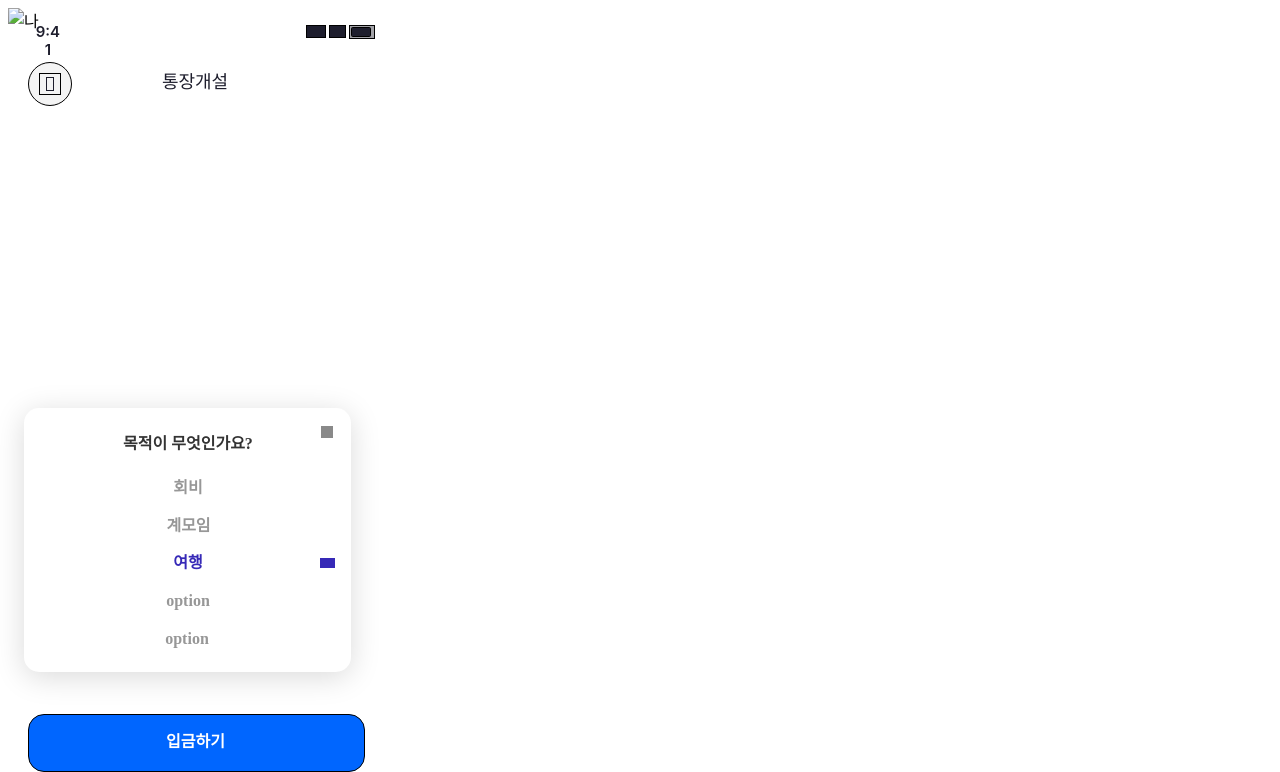
Repository: gpdbs9409/-Group_Account
Page: http://localhost/Group-Account/views/AddAccountType.jsp
These files come from the project's save history. The page is drawn as it stood at one moment and after the next save; the edit follows.
The browser window is 1280 px wide. The pictures show the whole page.
The page is served by Tomcat 9. Other server files are loaded and not shown.

Above is the page before, as saved 2024-12-11 06:32:03.
Not found: Group-Account/Group-Account/views/src/resources/images/image97.png

### Group-Account/src/main/webapp/views/AddAccountType.jsp
<%@ page language="java" contentType="text/html; charset=UTF-8"
    pageEncoding="UTF-8"%>
<!DOCTYPE html>
<html>
<head>
<meta charset="UTF-8">
<title>Insert title here</title>
</head>
<body>


<div style="width: 100%; height: 100%; position: relative; background: white">
<image src="./src/resources/images/image97.png" alt="나" style="width: auto; height: auto;">

    <div style="left: 24.89px; top: 14.50px; position: absolute">
        <div style="width: 30px; height: 17px; left: 0px; top: 0px; position: absolute; text-align: center; color: #1E1E2D; font-size: 15px; font-family: SF Pro Display; font-weight: 600; line-height: 18px; word-wrap: break-word">9:41</div>
        <div style="width: 67px; height: 11.50px; left: 273.61px; top: 2.50px; position: absolute">
            <div style="width: 24.50px; height: 11.50px; left: 42.50px; top: 0px; position: absolute">
                <div style="width: 24.50px; height: 11.50px; left: 0px; top: 0px; position: absolute; background: #A2A2A7; border: 1px solid"></div>
                <div style="width: 18px; height: 7.67px; left: 2px; top: 1.92px; position: absolute; background: #1E1E2D; border-radius: 1.60px; border: 1px solid"></div>
            </div>
            <div style="width: 17.10px; height: 10.70px; left: 0px; top: 0.44px; position: absolute; background: #1E1E2D; border: 1px solid"></div>
            <div style="width: 15.40px; height: 11.06px; left: 22.10px; top: 0.24px; position: absolute; background: #1E1E2D; border: 1px solid"></div>
        </div>
    </div>
    <div style="width: 237px; left: 20px; top: 54px; position: absolute">
        <div style="width: 42px; height: 42px; left: 0px; top: 0px; position: absolute">
            <div style="width: 42px; height: 42px; left: 0px; top: 0px; position: absolute; background: #F4F4F4; border-radius: 9999px; border: 1px solid"></div>
            <div style="width: 20px; height: 20px; left: 11px; top: 11px; position: absolute">
                <div style="width: 6px; height: 12px; left: 7px; top: 4px; position: absolute; border: 1.50px #1E1E2D solid"></div>
                <div style="width: 20px; height: 20px; left: 0px; top: 0px; position: absolute; border: 1px solid"></div>
            </div>
        </div>
        <div style="width: 140px; height: 20px; left: 97px; top: 11px; position: absolute; text-align: center; color: #1E1E2D; font-size: 18px; font-family: Poppins; font-weight: 500; line-height: 18px; word-wrap: break-word">통장개설</div>
    </div>
    <div style="width: 335px; height: 56px; left: 20px; top: 706px; position: absolute">
        <div style="width: 335px; height: 56px; left: 0px; top: 0px; position: absolute; background: #0066FF; border-radius: 16px; border: 1px solid"></div>
        <div style="width: 100px; height: 24px; left: 117.50px; top: 16px; position: absolute; text-align: center; color: white; font-size: 16px; font-family: Poppins; font-weight: 600; line-height: 24px; word-wrap: break-word">입금하기</div>
    </div>
    <div style="width: 327px; height: 264px; left: 16px; top: 400px; position: absolute">
        <div style="width: 327px; height: 264px; left: 0px; top: 0px; position: absolute; background: white; box-shadow: 0px 5px 30px rgba(0, 0, 0, 0.15); border-radius: 15px"></div>
        <div style="width: 30px; height: 22.63px; left: 149px; top: 67.89px; position: absolute; text-align: center; color: #979797; font-size: 16px; font-family: Poppins; font-weight: 700; line-height: 24px; word-wrap: break-word">회비</div>
        <div style="width: 45px; height: 22.63px; left: 142px; top: 105.60px; position: absolute; text-align: center; color: #979797; font-size: 16px; font-family: Poppins; font-weight: 700; line-height: 24px; word-wrap: break-word">계모임</div>
        <div style="width: 30px; height: 22.63px; left: 149px; top: 143.31px; position: absolute; text-align: center; color: #3629B7; font-size: 16px; font-family: Poppins; font-weight: 700; line-height: 24px; word-wrap: break-word">여행</div>
        <div style="width: 16px; height: 15.09px; padding-top: 2.12px; padding-bottom: 2.51px; padding-left: 0.25px; padding-right: 0.25px; left: 295px; top: 145.20px; position: absolute; justify-content: center; align-items: center; display: inline-flex">
            <div style="width: 15.49px; height: 10.45px; background: #3629B7"></div>
        </div>
        <div style="width: 54px; height: 22.63px; left: 137px; top: 181.03px; position: absolute; text-align: center; color: #979797; font-size: 16px; font-family: Poppins; font-weight: 700; line-height: 24px; word-wrap: break-word">option</div>
        <div style="width: 54px; height: 22.63px; left: 136px; top: 218.74px; position: absolute; text-align: center; color: #979797; font-size: 16px; font-family: Poppins; font-weight: 700; line-height: 24px; word-wrap: break-word">option</div>
        <div style="width: 130px; height: 22.63px; left: 99px; top: 23.57px; position: absolute; text-align: center; color: #343434; font-size: 16px; font-family: Poppins; font-weight: 700; line-height: 24px; word-wrap: break-word">목적이 무엇인가요?</div>
        <div style="width: 16px; height: 16.34px; left: 295px; top: 15.09px; position: absolute">
            <div style="width: 12px; height: 12.26px; left: 2px; top: 2.51px; position: absolute; background: #898989"></div>
        </div>
    </div>
</div>
</body>
</html>

After the next save:
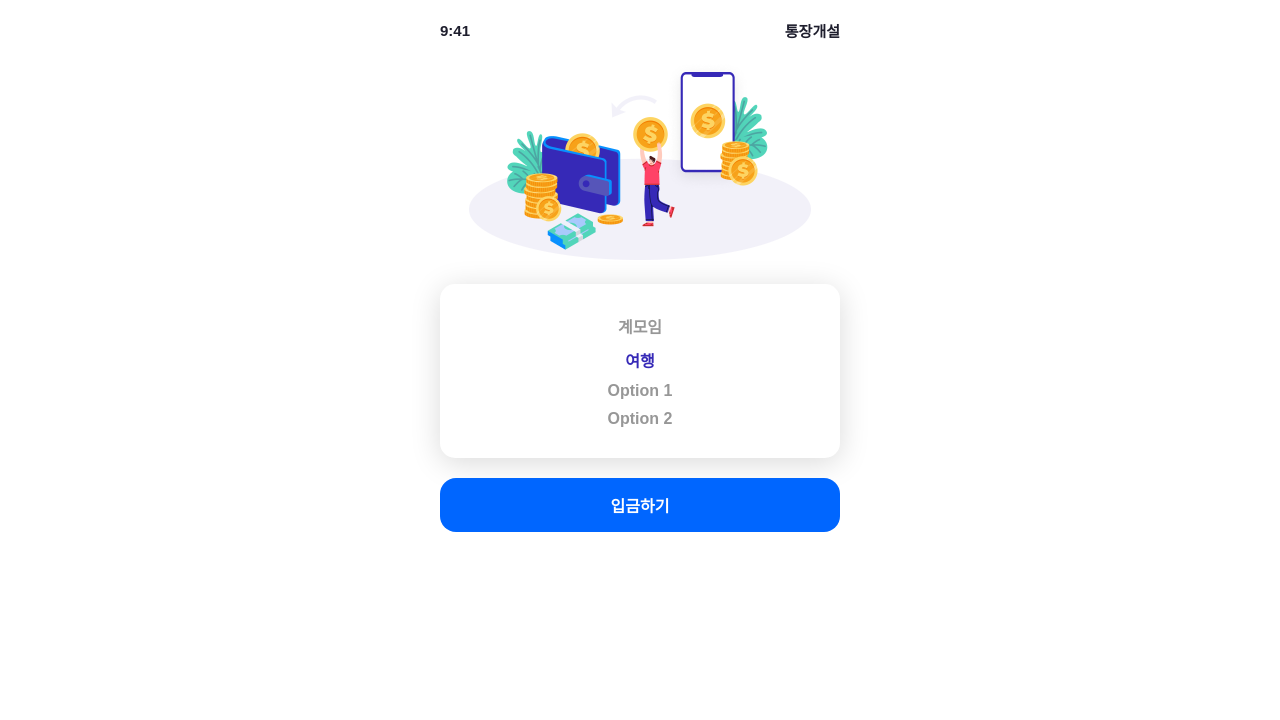
Saved 100 s later.
--- a/Group-Account/src/main/webapp/views/AddAccountType.jsp
+++ b/Group-Account/src/main/webapp/views/AddAccountType.jsp
@@ -5,53 +5,110 @@
 <head>
 <meta charset="UTF-8">
 <title>Insert title here</title>
+<style>
+  body {
+    margin: 0;
+    padding: 0;
+    font-family: Poppins, Arial, sans-serif;
+    background: white;
+  }
+
+  #container {
+    width: 100%;
+    max-width: 400px; /* 모바일 화면에 적합한 최대 폭 */
+    margin: 0 auto;
+    text-align: center;
+    padding: 20px 10px;
+  }
+
+  #header {
+    display: flex;
+    justify-content: space-between;
+    align-items: center;
+    margin-bottom: 20px;
+  }
+
+  #header div {
+    font-size: 15px;
+    color: #1E1E2D;
+    font-weight: 600;
+  }
+
+  #title {
+    font-size: 18px;
+    color: #1E1E2D;
+    margin-bottom: 20px;
+    font-weight: 500;
+  }
+
+  #image-container {
+    margin-bottom: 20px;
+  }
+
+  #image-container img {
+    width: 100%;
+    max-width: 342px;
+    height: auto;
+  }
+
+  #button-container {
+    background: white;
+    box-shadow: 0px 5px 30px rgba(0, 0, 0, 0.15);
+    border-radius: 15px;
+    padding: 20px;
+    margin-bottom: 20px;
+  }
+
+  .menu-button {
+    display: block;
+    margin: 10px 0;
+    font-size: 16px;
+    font-weight: 700;
+    color: #979797;
+    text-decoration: none;
+    cursor: pointer;
+  }
+
+  .menu-button.active {
+    color: #3629B7;
+  }
+
+  #submit-button {
+    width: 100%;
+    background: #0066FF;
+    color: white;
+    font-size: 16px;
+    font-weight: 600;
+    padding: 15px;
+    border-radius: 16px;
+    border: none;
+    cursor: pointer;
+  }
+</style>
 </head>
 <body>
+<div id="container">
+  <!-- Header -->
+  <div id="header">
+    <div>9:41</div>
+    <div>통장개설</div>
+  </div>
 
+  <!-- Image Section -->
+  <div id="image-container">
+    <img src="./images/image 97.png" alt="나">
+  </div>
 
-<div style="width: 100%; height: 100%; position: relative; background: white">
-<image src="./src/resources/images/image97.png" alt="나" style="width: auto; height: auto;">
+  <!-- Button Section -->
+  <div id="button-container">
+    <a href="group.jsp" class="menu-button">계모임</a>
+    <a href="travel.jsp" class="menu-button active">여행</a>
+    <a href="option1.jsp" class="menu-button">Option 1</a>
+    <a href="option2.jsp" class="menu-button">Option 2</a>
+  </div>
 
-    <div style="left: 24.89px; top: 14.50px; position: absolute">
-        <div style="width: 30px; height: 17px; left: 0px; top: 0px; position: absolute; text-align: center; color: #1E1E2D; font-size: 15px; font-family: SF Pro Display; font-weight: 600; line-height: 18px; word-wrap: break-word">9:41</div>
-        <div style="width: 67px; height: 11.50px; left: 273.61px; top: 2.50px; position: absolute">
-            <div style="width: 24.50px; height: 11.50px; left: 42.50px; top: 0px; position: absolute">
-                <div style="width: 24.50px; height: 11.50px; left: 0px; top: 0px; position: absolute; background: #A2A2A7; border: 1px solid"></div>
-                <div style="width: 18px; height: 7.67px; left: 2px; top: 1.92px; position: absolute; background: #1E1E2D; border-radius: 1.60px; border: 1px solid"></div>
-            </div>
-            <div style="width: 17.10px; height: 10.70px; left: 0px; top: 0.44px; position: absolute; background: #1E1E2D; border: 1px solid"></div>
-            <div style="width: 15.40px; height: 11.06px; left: 22.10px; top: 0.24px; position: absolute; background: #1E1E2D; border: 1px solid"></div>
-        </div>
-    </div>
-    <div style="width: 237px; left: 20px; top: 54px; position: absolute">
-        <div style="width: 42px; height: 42px; left: 0px; top: 0px; position: absolute">
-            <div style="width: 42px; height: 42px; left: 0px; top: 0px; position: absolute; background: #F4F4F4; border-radius: 9999px; border: 1px solid"></div>
-            <div style="width: 20px; height: 20px; left: 11px; top: 11px; position: absolute">
-                <div style="width: 6px; height: 12px; left: 7px; top: 4px; position: absolute; border: 1.50px #1E1E2D solid"></div>
-                <div style="width: 20px; height: 20px; left: 0px; top: 0px; position: absolute; border: 1px solid"></div>
-            </div>
-        </div>
-        <div style="width: 140px; height: 20px; left: 97px; top: 11px; position: absolute; text-align: center; color: #1E1E2D; font-size: 18px; font-family: Poppins; font-weight: 500; line-height: 18px; word-wrap: break-word">통장개설</div>
-    </div>
-    <div style="width: 335px; height: 56px; left: 20px; top: 706px; position: absolute">
-        <div style="width: 335px; height: 56px; left: 0px; top: 0px; position: absolute; background: #0066FF; border-radius: 16px; border: 1px solid"></div>
-        <div style="width: 100px; height: 24px; left: 117.50px; top: 16px; position: absolute; text-align: center; color: white; font-size: 16px; font-family: Poppins; font-weight: 600; line-height: 24px; word-wrap: break-word">입금하기</div>
-    </div>
-    <div style="width: 327px; height: 264px; left: 16px; top: 400px; position: absolute">
-        <div style="width: 327px; height: 264px; left: 0px; top: 0px; position: absolute; background: white; box-shadow: 0px 5px 30px rgba(0, 0, 0, 0.15); border-radius: 15px"></div>
-        <div style="width: 30px; height: 22.63px; left: 149px; top: 67.89px; position: absolute; text-align: center; color: #979797; font-size: 16px; font-family: Poppins; font-weight: 700; line-height: 24px; word-wrap: break-word">회비</div>
-        <div style="width: 45px; height: 22.63px; left: 142px; top: 105.60px; position: absolute; text-align: center; color: #979797; font-size: 16px; font-family: Poppins; font-weight: 700; line-height: 24px; word-wrap: break-word">계모임</div>
-        <div style="width: 30px; height: 22.63px; left: 149px; top: 143.31px; position: absolute; text-align: center; color: #3629B7; font-size: 16px; font-family: Poppins; font-weight: 700; line-height: 24px; word-wrap: break-word">여행</div>
-        <div style="width: 16px; height: 15.09px; padding-top: 2.12px; padding-bottom: 2.51px; padding-left: 0.25px; padding-right: 0.25px; left: 295px; top: 145.20px; position: absolute; justify-content: center; align-items: center; display: inline-flex">
-            <div style="width: 15.49px; height: 10.45px; background: #3629B7"></div>
-        </div>
-        <div style="width: 54px; height: 22.63px; left: 137px; top: 181.03px; position: absolute; text-align: center; color: #979797; font-size: 16px; font-family: Poppins; font-weight: 700; line-height: 24px; word-wrap: break-word">option</div>
-        <div style="width: 54px; height: 22.63px; left: 136px; top: 218.74px; position: absolute; text-align: center; color: #979797; font-size: 16px; font-family: Poppins; font-weight: 700; line-height: 24px; word-wrap: break-word">option</div>
-        <div style="width: 130px; height: 22.63px; left: 99px; top: 23.57px; position: absolute; text-align: center; color: #343434; font-size: 16px; font-family: Poppins; font-weight: 700; line-height: 24px; word-wrap: break-word">목적이 무엇인가요?</div>
-        <div style="width: 16px; height: 16.34px; left: 295px; top: 15.09px; position: absolute">
-            <div style="width: 12px; height: 12.26px; left: 2px; top: 2.51px; position: absolute; background: #898989"></div>
-        </div>
-    </div>
+  <!-- Submit Button -->
+  <button id="submit-button">입금하기</button>
 </div>
 </body>
 </html>
